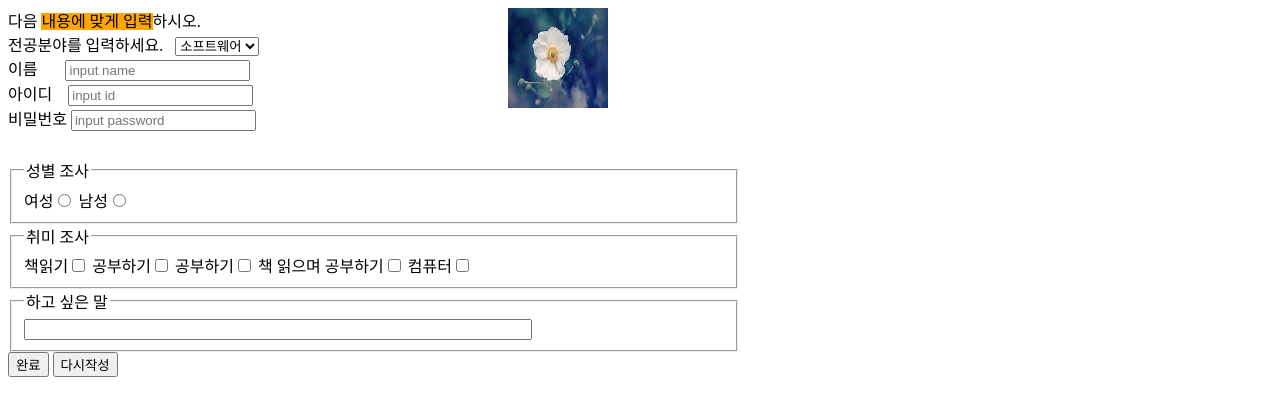
Repository: jwlee0714/HTML
Page: html/quiz-설문조사.html
These files come from the project's save history. The page is drawn as it stood at one moment and after the next save; the edit follows.
The browser window is 1280 px wide. The pictures show the whole page.

Above is the page before, as saved 2021-10-05 09:13:08.

After the next save:
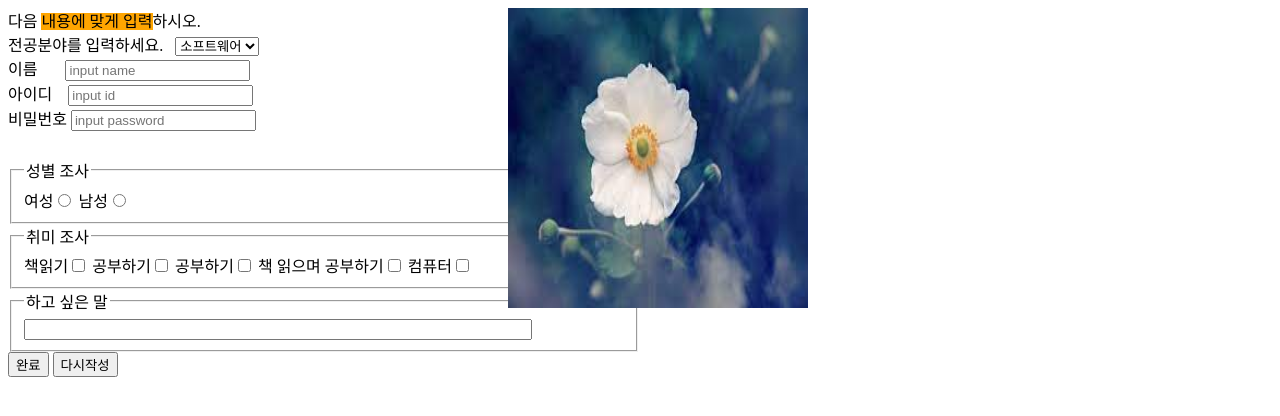
Saved 50 s later.
--- a/html/quiz-설문조사.html
+++ b/html/quiz-설문조사.html
@@ -26,17 +26,17 @@
 	</div>
 
 	<div style="width:500px; height:150px;  float:left;">
-	  <img src="img/다운로드.jfif" width="100" height="100">
+	  <img src="img/다운로드.jfif" width="300" height="300">
 	</div>
-</table>
 
 
-<fieldset style="width:700px;">
+
+<fieldset style="width:600px;">
 		<legend>성별 조사 </legend>
 		여성<input type="radio">
 		남성<input type="radio">
 </fieldset>
-<fieldset style="width:700px;">
+<fieldset style="width:600px;">
 		<legend>취미 조사 </legend>
 		책읽기<input type="checkbox">
 		공부하기<input type="checkbox">
@@ -44,7 +44,7 @@
 		책 읽으며 공부하기<input type="checkbox">
 		컴퓨터<input type="checkbox">
 </fieldset>
-<fieldset style="width:700px;">
+<fieldset style="width:600px;">
 		<legend>하고 싶은 말 </legend>
 		<input style= width:500px; type="text">
 </fieldset>
